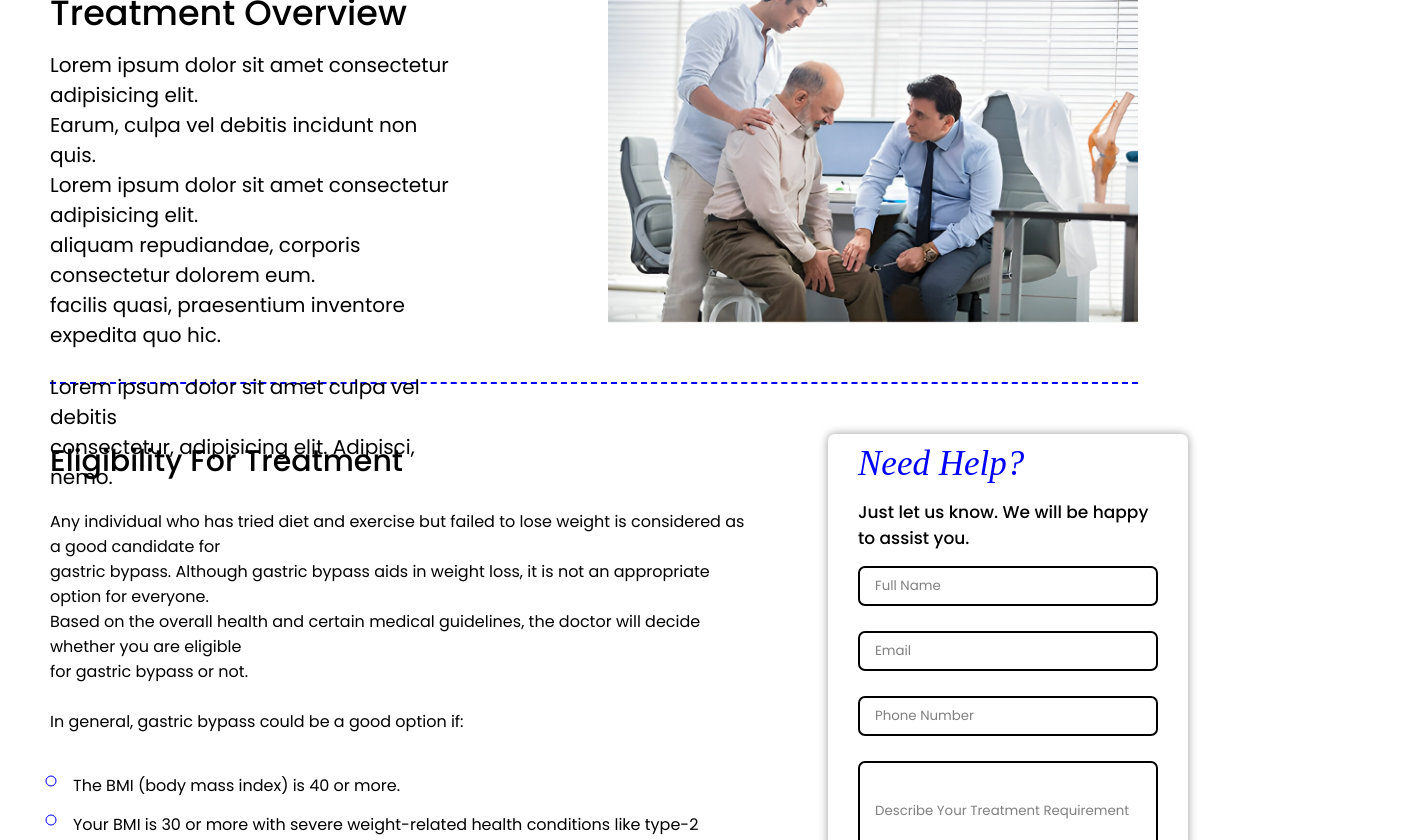
Repository: hetuk2005/webDevelopment
Page: Projects/Aafiya.html
The author's editor kept a copy of each file at every save. The page is drawn from the files as they stood at one save, then again after the next save.
The browser window is 1280 px wide. The page is 1420 px wide, so the pictures cover 1420 px, including what lies to the right of the window. The pictures show the part of the page from y = 699 to 1539 px (the page is 7844 px tall).
Some web fonts or font styles are not loaded; a fallback is used.

Above is the page before, as saved 2025-04-14 16:03:39.

### Projects/Aafiya.html
<!DOCTYPE html>
<html lang="en">

<head>
    <meta charset="UTF-8" />
    <meta name="viewport" content="width=device-width, initial-scale=1.0" />
    <title>Hetuk</title>
    <link rel="stylesheet" href="./CSS/Aafiya.css" />
</head>

<body>
    <nav>
        <div class="child1">
            <div class="images">
                <img src="./Images/Aafiya Logo.svg" alt="Aafiya Logo" class="img1" />
                <img src="./Images/Logo 2.png" alt="Logo" class="img2" />
            </div>
            <div class="image_text">
                <div class="book_text">
                    <img src="./Images/Book.svg" alt="Book" class="img3" />
                    <div class="grid">
                        <p class="text">Second Medical Option</p>
                        <p class="text1">Book Consultation</p>
                    </div>
                </div>
                <div class="call_text">
                    <img src="./Images/Call.svg" alt="Call" class="img4" />
                    <div class="grid">
                        <p class="text">Call Us On</p>
                        <p class="text1">985 896 2222</p>
                    </div>
                </div>
                <div class="mail_text">
                    <img src="./Images/Mail.png" alt="Mail" class="img5" />
                    <div class="grid">
                        <p class="text">Email Us On</p>
                        <p class="text1">info@mediretreats.com</p>
                    </div>
                </div>
                <img src="./Images/India.svg" alt="India Flag" class="img6" />
            </div>
        </div>
        <div class="child2">
            <ul>
                <li>Home</li>
                <li>About Us</li>
                <li>Treatments +</li>
                <li>Destinations +</li>
                <li>Hospitals</li>
                <li>FAQs</li>
                <li>Blog</li>
                <li>Request A Quote</li>
            </ul>
            <input type="search" placeholder="🔍  Search" />
        </div>
    </nav>
    <div class="home_img">
        <div class="home_child">
            <p class="home_content">Home</p>
            <span class="red"> > </span>
            <p class="home_content">Treatments</p>
            <span class="red"> > </span>
            <p class="home_content">Orthopaedics</p>
            <span class="red"> > </span>
            <p class="home_content">Knee Replacement</p>
        </div>
        <h3>Total Knee Replacement</h3>
        <p class="home_description">
            Total knee replacement is a surgery to remove and replace the whole<br> damaged knee joint with an artificial joint.
        </p>
        <button class="enquire_now">Enquire Now</button>
    </div>
    <div class="nav2">
        <ul>
            <li class="list">Overview</li>
            <li>Eligibility</li>
            <li>Preparation</li>
            <li>About Treatment</li>
            <li>Post-Treatment Care</li>
            <li>Recovery Tips</li>
            <li>FAQs</li>
            <li>Patients Stories</li>
        </ul>
    </div>
    <div class="treatment_overview">
        <div class="treatment_text">
            <h3>Treatment Overview</h3>
            <p>
                Lorem ipsum dolor sit amet consectetur adipisicing elit.<br /> Earum, culpa vel debitis incidunt non quis.<br> Lorem ipsum dolor sit amet consectetur adipisicing elit.<br /> aliquam repudiandae, corporis consectetur dolorem eum.<br />                facilis quasi, praesentium inventore expedita quo hic.
            </p>
            <p>
                Lorem ipsum dolor sit amet culpa vel debitis<br /> consectetur, adipisicing elit. Adipisci, nemo.
            </p>
        </div>
        <div class="treatment_img">
            <img src="./Images/treatment_overview (1).jpg" alt="Image" />
        </div>
    </div>
    <div class="text_grid">
        <div class="eligibility_for_treatment">
            <div class="eligibility_text">
                <h3>Eligibility For Treatment</h3>
                <br />
                <p>
                    Any individual who has tried diet and exercise but failed to lose weight is considered as a good candidate for<br /> gastric bypass. Although gastric bypass aids in weight loss, it is not an appropriate option for everyone.<br /> Based
                    on the overall health and certain medical guidelines, the doctor will decide whether you are eligible<br /> for gastric bypass or not.
                </p>
                <br />
                <p>In general, gastric bypass could be a good option if:</p>
                <br />
                <ul>
                    <li>The BMI (body mass index) is 40 or more.</li>
                    <li>
                        Your BMI is 30 or more with severe weight-related health conditions like type-2 diabetes and high<br /> blood pressure.
                    </li>
                    <li>You are willing to make permanent changes in the lifestyle.</li>
                </ul>
            </div>
            <div class="eligibility_form">
                <h3>Need Help?</h3>
                <p>
                    Just let us know. We will be happy<br /> to assist you.
                </p>
                <form>
                    <input type="text" placeholder="Full Name" />
                    <input type="email" placeholder="Email" />
                    <input type="tel" placeholder="Phone Number" />
                    <input type="textarea" placeholder="Describe Your Treatment Requirement" class="textarea" />
                    <button class="Enquiry">Send Enquiry</button>
                </form>
            </div>
        </div>
        <div class="preparation_of_treatment">
            <h3>Preparation Of Treatment</h3>
            <br />
            <p>
                Any individual who has tried diet and exercise but failed to lose weight is considered as a good candidate for<br /> gastric bypass. Although gastric bypass aids in weight loss, it is not an appropriate option for everyone.<br /> Based
                on the overall health and certain medical guidelines, the doctor will decide whether you are eligible<br /> for gastric bypass or not.
            </p>
            <br />
            <p>In general, gastric bypass could be a good option if:</p>
            <br />
            <ul>
                <li>The BMI (body mass index) is 40 or more.</li>
                <li>
                    Your BMI is 30 or more with severe weight-related health conditions like type-2 diabetes and high<br /> blood pressure.
                </li>
                <li>You are willing to make permanent changes in the lifestyle.</li>
            </ul>
        </div>
    </div>
    <div class="about_treatment">
        <h3>About Treatment</h3>
        <br />
        <p>
            Any individual who has tried diet and exercise but failed to lose weight is considered as a good candidate for<br /> gastric bypass. Although gastric bypass aids in weight loss, it is not an appropriate option for everyone.<br /> Based on
            the overall health and certain medical guidelines, the doctor will decide whether you are eligible<br /> for gastric bypass or not.
        </p>
        <br />
        <p>In general, gastric bypass could be a good option if:</p>
        <br />
        <ul>
            <li>The BMI (body mass index) is 40 or more.</li>
            <li>
                Your BMI is 30 or more with severe weight-related health conditions like type-2 diabetes and high<br /> blood pressure.
            </li>
            <li>You are willing to make permanent changes in the lifestyle.</li>
        </ul>
    </div>
    <div class="post_treatment">
        <h3>Post-Treatment Care Treatment</h3>
        <br />
        <p>
            Any individual who has tried diet and exercise but failed to lose weight is considered as a good candidate for<br /> gastric bypass. Although gastric bypass aids in weight loss, it is not an appropriate option for everyone.<br /> Based on
            the overall health and certain medical guidelines, the doctor will decide whether you are eligible<br /> for gastric bypass or not.
        </p>
        <br />
        <p>In general, gastric bypass could be a good option if:</p>
        <br />
        <ul>
            <li>The BMI (body mass index) is 40 or more.</li>
            <li>
                Your BMI is 30 or more with severe weight-related health conditions like type-2 diabetes and high<br /> blood pressure.
            </li>
            <li>You are willing to make permanent changes in the lifestyle.</li>
        </ul>
    </div>
    <div class="treatment_recovery">
        <h3>Post-Treatment Care Treatment</h3>
        <br />
        <p>
            Any individual who has tried diet and exercise but failed to lose weight is considered as a good candidate for<br /> gastric bypass. Although gastric bypass aids in weight loss, it is not an appropriate option for everyone.<br /> Based on
            the overall health and certain medical guidelines, the doctor will decide whether you are eligible<br /> for gastric bypass or not.
        </p>
        <br />
        <p>In general, gastric bypass could be a good option if:</p>
        <br />
        <ul>
            <li>The BMI (body mass index) is 40 or more.</li>
            <li>
                Your BMI is 30 or more with severe weight-related health conditions like type-2 diabetes and high<br /> blood pressure.
            </li>
            <li>You are willing to make permanent changes in the lifestyle.</li>
        </ul>
    </div>
    <div class="treatment_faqs">
        <h3>Treatment FAQs</h3>
        <br />
        <p>How do I know the clinic I am searching is verified?</p>
        <br />
        <p>
            I can't travel alone so can some family member or friend of mine accompany me?
        </p>
        <br />
        <p class="answered">
            Can I see my doctor before I decide and what about my post recovery?
        </p>
        <br />
        <p class="answer">
            <span class="left">
          Yes, pre and post treatment consultation can be done. You can speak to
          the doctor at the most<br />
          appropriate time (before you decide to travel) to boost your
          confidence. The team at<br />
          Mediretreats will also help you with arranging the OPD'S after the
          surgeries.
        </span>
        </p>
        <br />
        <a class="bottom">
        How do I share my reports and medical cases with the clinic of my
        choice?
      </a>
        <br />
    </div>
    <h4>Patients Stories & Videos</h4>
    <div class="patient_stories">
        <div class="stories_img">
            <div class="text1">
                <p class="stories_text">
                    Underwent procedure for<br /> retinal detachment
                </p>
                <br /><br />
                <img src="./Images/Quotes.svg" alt="Quotes" class="quotes" />
            </div>
            <img src="./Images/Patient_Stories.png" alt="Image Of Patient" />
            <br />
            <div class="profile1">
                <img src="./Images/Profile.svg" alt="Luke Olfert" />
                <div class="flex">
                    <h5>Luke Olfert</h5>
                    <p>New York, USA</p>
                </div>
            </div>
        </div>
        <br /><br />
        <div class="S">
            <div class="A">
                <p class="ST">
                    Underwent Colonoscope And<br /> Medical Management
                </p>
                <br /><br />
                <img src="./Images/Quotes.svg" alt="Quotes" class="quotes" />
            </div>
            <br />
            <p class="padding">
                Lorem ipsum dolor sit amet consectetur eaque facere.<br /> Ipsa alias quae eligendi eaque nam minima facere<br /> soluta dolore, adipisci ipsum, facere fugiat facere earn<br /> nam minima qui libero! Perspici facere fugiat facere<br />                exercitationem nemo culpa ut facere facere fugiat
                <br /> architecto facere fugiat.
            </p>
            <br />
            <div class="P">
                <img src="./Images/Profile.svg" alt="Luke Olfert" />
                <div class="F">
                    <h5>Luke Olfert</h5>
                    <p>Sydney,Australia</p>
                </div>
            </div>
        </div>
    </div>
    <div class="container">
        <span class="active"></span>
        <span></span>
        <span></span>
    </div>
    <div class="top_doctors">
        <h3>Doctors</h3>
        <div class="center">
            <h1>Top Orthopaedic</h1>
            <h1 class="blue">Doctors</h1>
        </div>
        <div class="parent">
            <div class="card">
                <div class="pink_box"></div>
                <h5>Dr. Faique Falke</h5>
                <p class="place">Musaffah Industrial - Abu Dhabi</p>
                <p class="doctors">Doctor Degree & Specialist</p>
            </div>
            <br />
            <div class="card">
                <div class="pink_box"></div>
                <h5>Dr. Faique Falke</h5>
                <p class="place">Musaffah Industrial - Abu Dhabi</p>
                <p class="doctors">Doctor Degree & Specialist</p>
            </div>
            <br />
            <div class="card">
                <div class="pink_box"></div>
                <h5>Dr. Faique Falke</h5>
                <p class="place">Musaffah Industrial - Abu Dhabi</p>
                <p class="doctors">Doctor Degree & Specialist</p>
            </div>
        </div>
        <div class="container">
            <span class="active"></span>
            <span></span>
            <span></span>
        </div>
    </div>
    <div class="hospitals">
        <h2>Hospitals</h2>
        <div class="center">
            <h1>Recommended</h1>
            <h1 class="blue">Hospitals</h1>
        </div>
        <div class="card_parent">
            <div class="card">
                <img src="./Images/Apollo Hospital.png" alt="Apollo Hospital" id="apollo" />
                <h3>Apollo Hospital</h3>
                <h5>Banglore</h5>
            </div>
            <div class="card">
                <img src="./Images/Medanta Hospital.png" alt="Medanta Hospital" id="apollo" />
                <h3>Medanta Hospital</h3>
                <h5>Gurgaon</h5>
            </div>
            <div class="card">
                <img src="./Images/Jaslok Hospital.png" alt="Jaslok Hospital" id="apollo" />
                <h3>Jaslok Hospital</h3>
                <h5>Mumbai</h5>
            </div>
        </div>
        <div class="container">
            <span class="active"></span>
            <span></span>
            <span></span>
        </div>
        <p>
            Don't hesitate, contact us for better help and services.
            <u>Explore all Hospitals</u>
        </p>
    </div>
    <div class="footer">
        <div class="footer1">
            <h5>Stay healthy and strong to enjoy life</h5>
            <h2>We have team of healthcare experts</h2>
            <div class="flex">
                <button>Get In Touch</button>
                <h1>+91 898 777 9999</h1>
            </div>
        </div>
        <div class="footer2">
            <div class="parent_list">
                <div class="list">
                    <h5>Important Links</h5>
                    <ul>
                        <li>Home</li>
                        <li>About Us</li>
                        <li>FAQs</li>
                        <li>Blog</li>
                        <li>Contact Us</li>
                    </ul>
                </div>
                <div class="list">
                    <h5>Top Hospitals</h5>
                    <ul>
                        <li>Apollo Hospital Delhi</li>
                        <li>Medanta Hospital Gurgaon</li>
                        <li>Max Hospital Delhi</li>
                        <li>Jaslok Hospital Mumbai</li>
                        <li>Artemis Hospital Gurgaon</li>
                        <li>Fortis Hospital Gurgaon</li>
                        <li>View All</li>
                    </ul>
                </div>
                <div class="list">
                    <h5>Speciality Treatments</h5>
                    <ul>
                        <li>Knee Replacement Surgeon</li>
                        <li>Urologist</li>
                        <li>Spine Surgeon</li>
                        <li>ENT Surgeons</li>
                        <li>Orthopedic</li>
                        <li>Cardiologist</li>
                        <li>View All</li>
                    </ul>
                </div>
                <div class="bottom_list">
                    <h5>Medical Tourism Destinations</h5>
                    <ul>
                        <li>Medical Tourism In India</li>
                        <li>Medical Tourism In Sri Lanka</li>
                        <li>Medical Tourism In UAE</li>
                        <li>View All</li>
                    </ul>
                </div>
            </div>
            <br />
            <div class="child_footer">
                <div class="flex">
                    <img src="./Images/icon.png" alt="Icon" />
                    <div class="flex1">
                        <h3>Are you doctor / hospital?</h3>
                        <h2>Join Mediretreats</h2>
                    </div>
                </div>
                <p>
                    Lorem ipsum dolor sit adipisicing elit,<br /> recusandae nesciunt nam nobis.
                </p>
            </div>
            <div class="about">
                <img src="./Images/footer-logo.png" alt="Aafiya Footer Logo" />
                <br />
                <div class="text">
                    <h3>About Aafiya Mediretreats</h3>
                    <p>
                        <b>Aafiya Mediretreats</b> is a free, confidential, independent resource for patients<br /> and industry providers. Our mission is to provide a central portal where pa-<br /> tients, Medical Tourism providers, hospitals, clinics,
                        employers, and insurance<br /> companies can all find the information they need. Our site focuses on patients<br /> looking for specific knowledge in the fields of medical tourism,
                        <br /> dental tourism, and health tourism
                    </p>
                </div>
                <div class="follow_us">
                    <div class="logo_img">
                        <h3>Follow Us On</h3>
                        <img src="./Images/Facebook (1).png" alt="Facebook Logo" class="facebook" />
                        <img src="./Images/Twitter (1).png" alt="Twitter Logo" class="twitter" />
                        <img src="./Images/Instagram (1).png" alt="Instagram Logo" class="instagram" />
                        <img src="./Images/Youtube (1).png" alt="Youtube Logo" class="youtube" />
                    </div>
                    <div class="text">
                        <h5>Customer Service</h5>
                        <h3 class="blue">+91 9856555666</h3>
                    </div>
                </div>
            </div>
        </div>
    </div>
    <div class="footer_blue">
        <div class="text2">
            <p>Copyright © 2020 Aafiya Mediretreats. All Rights Reserved. Designed by Ideamagix.</p>
        </div>
        <div class="right">
            <p>Terms And Conditions</p>
            <p>Privacy Policy</p>
        </div>
    </div>
</body>

</html>

Loaded but not shown: Projects/CSS/Aafiya.css (1046 lines, source omitted)

After the next save:
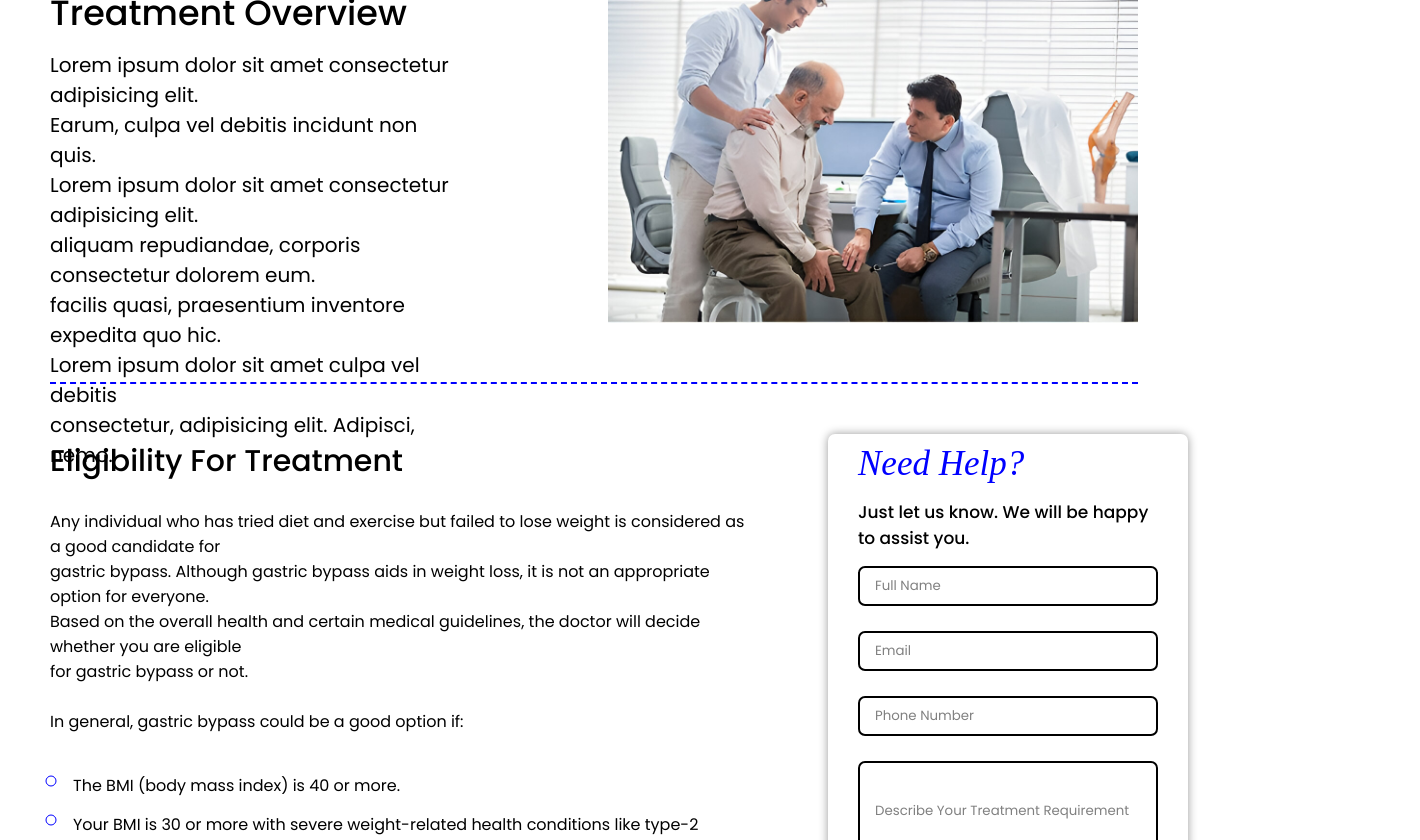
Saved 15 s later.
--- a/Projects/Aafiya.html
+++ b/Projects/Aafiya.html
@@ -86,10 +86,7 @@
         <div class="treatment_text">
             <h3>Treatment Overview</h3>
             <p>
-                Lorem ipsum dolor sit amet consectetur adipisicing elit.<br /> Earum, culpa vel debitis incidunt non quis.<br> Lorem ipsum dolor sit amet consectetur adipisicing elit.<br /> aliquam repudiandae, corporis consectetur dolorem eum.<br />                facilis quasi, praesentium inventore expedita quo hic.
-            </p>
-            <p>
-                Lorem ipsum dolor sit amet culpa vel debitis<br /> consectetur, adipisicing elit. Adipisci, nemo.
+                Lorem ipsum dolor sit amet consectetur adipisicing elit.<br /> Earum, culpa vel debitis incidunt non quis.<br> Lorem ipsum dolor sit amet consectetur adipisicing elit.<br /> aliquam repudiandae, corporis consectetur dolorem eum.<br />                facilis quasi, praesentium inventore expedita quo hic.<br> Lorem ipsum dolor sit amet culpa vel debitis<br /> consectetur, adipisicing elit. Adipisci, nemo.
             </p>
         </div>
         <div class="treatment_img">
